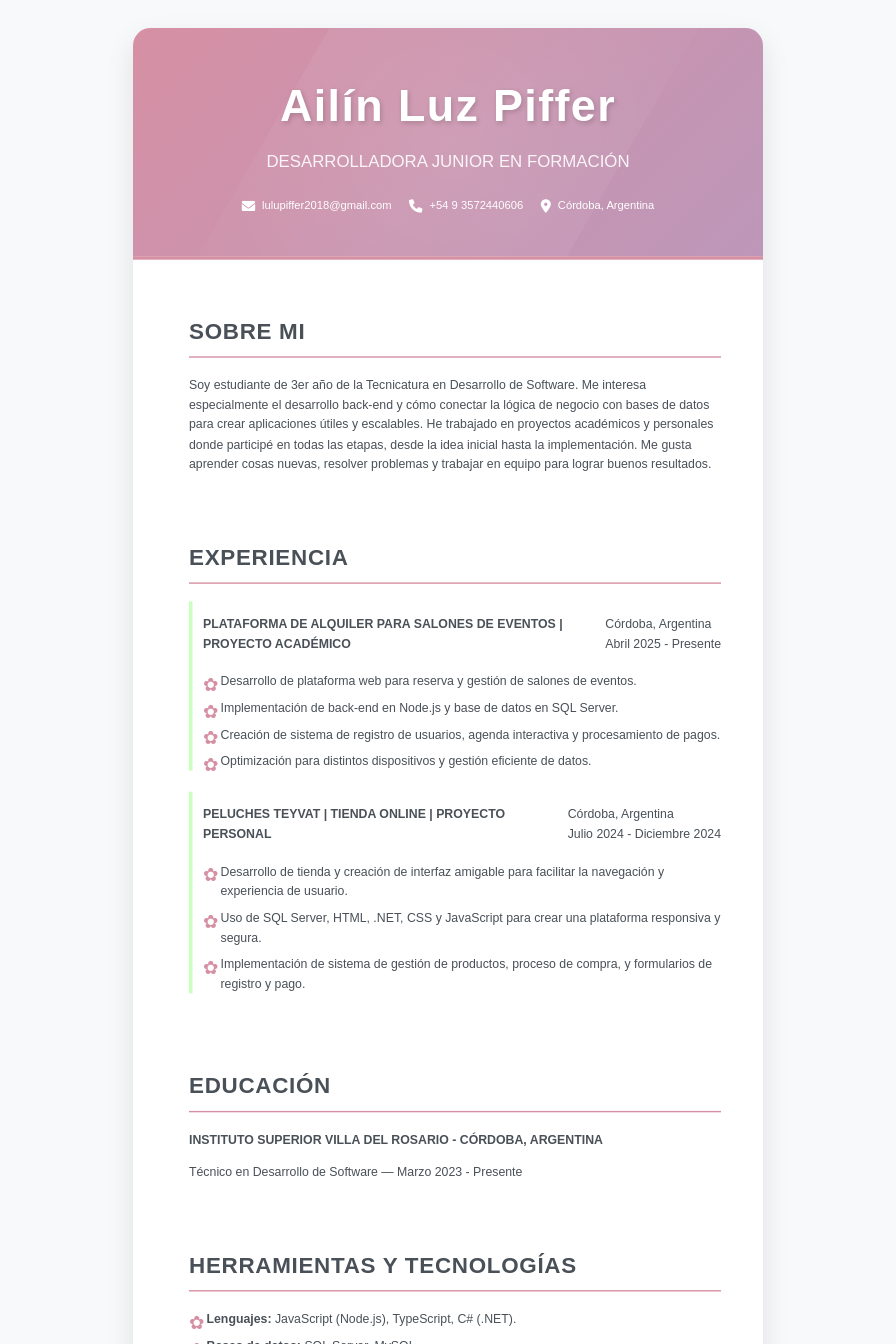
Repository: luzpiffer/curriculum-piffer
Page: index.html
These files come from the project's save history. The page is drawn as it stood at one moment and after the next save; the edit follows.
The browser window is 1280 px wide. The pictures show the part of the page from y = 0 to 1920 px (the page is 2709 px tall), at 70% of full size.

Above is the page before, as saved 2025-09-01 19:17:37.

### index.html
<!DOCTYPE html>
<html lang="es">
<head>
    <meta charset="UTF-8">
    <meta name="viewport" content="width=device-width, initial-scale=1.0">
    <title>CV - Ailín Luz Piffer</title>
    <link rel="stylesheet" href="style.css">
    <link rel="stylesheet" href="https://cdnjs.cloudflare.com/ajax/libs/font-awesome/6.0.0-beta3/css/all.min.css">
    <link rel="preconnect" href="https://fonts.googleapis.com">
    <link rel="preconnect" href="https://fonts.gstatic.com" crossorigin>
    <link href="https://fonts.googleapis.com/css2?family=Playfair+Display:wght@700&family=Poppins:wght@300;400;600&display=swap" rel="stylesheet">
</head>
<body>
    <div class="cv-container">
        <header class="header">
            <div class="header-content-wrapper"> <div class="name-title">
                    <h1>Ailín Luz Piffer</h1>
                    <p>DESARROLLADORA JUNIOR EN FORMACIÓN</p>
                </div>
                <div class="contact-info">
                    <p><i class="fas fa-envelope"></i> lulupiffer2018@gmail.com</p>
                    <p><i class="fas fa-phone"></i> +54 9 3572440606</p>
                    <p><i class="fas fa-map-marker-alt"></i> Córdoba, Argentina</p>
                </div>
            </div>
        </header>

        <main>
            <section class="section">
                <h2>SOBRE MI</h2>
                <p>Soy estudiante de 3er año de la Tecnicatura en Desarrollo de Software. Me interesa especialmente el desarrollo back-end y cómo conectar la lógica de negocio con bases de datos para crear aplicaciones útiles y escalables. He trabajado en proyectos académicos y personales donde participé en todas las etapas, desde la idea inicial hasta la implementación. Me gusta aprender cosas nuevas, resolver problemas y trabajar en equipo para lograr buenos resultados.</p>
            </section>

            <section class="section">
                <h2>EXPERIENCIA</h2>
                <div class="experience-item">
                    <div class="project-header">
                        <p class="project-title">PLATAFORMA DE ALQUILER PARA SALONES DE EVENTOS | PROYECTO ACADÉMICO</p>
                        <p class="project-location-date">Córdoba, Argentina<br>Abril 2025 - Presente</p>
                    </div>
                    <ul>
                        <li>Desarrollo de plataforma web para reserva y gestión de salones de eventos.</li>
                        <li>Implementación de back-end en Node.js y base de datos en SQL Server.</li>
                        <li>Creación de sistema de registro de usuarios, agenda interactiva y procesamiento de pagos.</li>
                        <li>Optimización para distintos dispositivos y gestión eficiente de datos.</li>
                    </ul>
                </div>
                <div class="experience-item">
                    <div class="project-header">
                        <p class="project-title">PELUCHES TEYVAT | TIENDA ONLINE | PROYECTO PERSONAL</p>
                        <p class="project-location-date">Córdoba, Argentina<br>Julio 2024 - Diciembre 2024</p>
                    </div>
                    <ul>
                        <li>Desarrollo de tienda y creación de interfaz amigable para facilitar la navegación y experiencia de usuario.</li>
                        <li>Uso de SQL Server, HTML, .NET, CSS y JavaScript para crear una plataforma responsiva y segura.</li>
                        <li>Implementación de sistema de gestión de productos, proceso de compra, y formularios de registro y pago.</li>
                    </ul>
                </div>
            </section>

            <section class="section">
                <h2>EDUCACIÓN</h2>
                <div class="education-item">
                    <p><strong>INSTITUTO SUPERIOR VILLA DEL ROSARIO - CÓRDOBA, ARGENTINA</strong></p>
                    <p>Técnico en Desarrollo de Software — Marzo 2023 - Presente</p>
                </div>
            </section>

            <section class="section">
                <h2>HERRAMIENTAS Y TECNOLOGÍAS</h2>
                <ul>
                    <li><strong>Lenguajes:</strong> JavaScript (Node.js), TypeScript, C# (.NET).</li>
                    <li><strong>Bases de datos:</strong> SQL Server, MySQL.</li>
                    <li><strong>Frameworks y Librerías:</strong> Bootstrap, jQuery.</li>
                    <li><strong>Control de Versiones:</strong> Git, GitHub.</li>
                </ul>
            </section>

            <section class="section">
                <h2>HABILIDADES BLANDAS</h2>
                <ul>
                    <li>Creatividad.</li>
                    <li>Resiliencia.</li>
                    <li>Trabajo en equipo.</li>
                    <li>Adaptabilidad.</li>
                    <li>Comunicación.</li>
                </ul>
            </section>

            <section class="section">
                <h2>IDIOMAS</h2>
                <ul>
                    <li><strong>Inglés:</strong> Conversacional.</li>
                    <li><strong>Español:</strong> Nativo.</li>
                </ul>
            </section>
        </main>
    </div>
</body>
</html>

### style.css
:root {
  --primary-color-cute: #d690a4; /* Rosado pastel */
  --secondary-color-cute: #bd97b9;
  --tertiary-color-cute: #caffbf; /* Verde menta pastel */
  --background-color: #f8f9fa; /* Fondo muy claro */
  --text-color: #495057; /* Gris oscuro para el texto */
  --font-heading: 'Nunito', sans-serif;
  --font-body: 'Quicksand', sans-serif;
}

body {
  font-family: var(--font-body);
  background-color: var(--background-color);
  color: var(--text-color);
  line-height: 1.6;
  padding: 40px 20px;
  margin: 0;
  display: flex;
  justify-content: center;
}

.cv-container {
  max-width: 900px;
  width: 100%;
  background-color: #fff;
  border-radius: 25px; /* Bordes más redondeados */
  box-shadow: 0 15px 40px rgba(0, 0, 0, 0.1);
  overflow: hidden;
  transition: all 0.4s ease-in-out;
  transform: scale(1);
}

.cv-container:hover {
  transform: translateY(-5px) scale(1.01);
  box-shadow: 0 20px 50px rgba(0, 0, 0, 0.15);
}

.header-content-wrapper {
  background: linear-gradient(135deg, var(--primary-color-cute) 0%, var(--secondary-color-cute) 100%);
  padding: 60px;
  position: relative;
  overflow: hidden;
  border-bottom: 5px solid var(--primary-color-cute);
  text-align: center;
}

.header-content-wrapper::before {
  content: '';
  position: absolute;
  top: -20%;
  left: -20%;
  width: 140%;
  height: 140%;
  background: radial-gradient(circle, #fff 0%, transparent 70%);
  opacity: 0.1;
  animation: rotateGlow 15s linear infinite;
}

.name-title h1 {
  font-family: var(--font-heading);
  font-size: 4em;
  font-weight: 800;
  color: #fff;
  text-shadow: 2px 2px 8px rgba(0, 0, 0, 0.2);
  margin: 0 0 10px 0;
  letter-spacing: 2px;
}

.name-title p {
  font-size: 1.5em;
  color: #fff;
  font-weight: 400;
  margin: 0;
  opacity: 0.9;
}

.contact-info {
  margin-top: 30px;
  font-size: 1em;
  color: #fff;
  display: flex;
  flex-wrap: wrap;
  justify-content: center;
  gap: 25px;
}

.contact-info p {
  margin: 0;
  display: flex;
  align-items: center;
  transition: transform 0.2s ease-in-out;
}

.contact-info p:hover {
  transform: translateY(-3px);
  text-shadow: 1px 1px 5px rgba(0, 0, 0, 0.1);
}

.contact-info i {
  color: #fff;
  margin-right: 10px;
  font-size: 1.2em;
}

main {
  padding: 50px 60px;
  display: grid;
  gap: 50px;
}

.section {
  position: relative;
  padding-left: 20px;
}

.section h2 {
  font-family: var(--font-heading);
  font-size: 2em;
  font-weight: 700;
  color: var(--text-color);
  border-bottom: 2px solid var(--primary-color-cute);
  padding-bottom: 10px;
  margin-bottom: 25px;
  letter-spacing: 1px;
}

.section p, .section li {
  font-size: 1.1em;
  color: var(--text-color);
}

.experience-item, .project-item {
  margin-bottom: 30px;
  transition: all 0.3s ease;
  border-left: 5px solid var(--tertiary-color-cute);
  padding-left: 15px;
}

.experience-item:hover, .project-item:hover {
  transform: translateX(5px);
  background-color: var(--background-color);
}

.project-header, .experience-header {
  display: flex;
  justify-content: space-between;
  align-items: baseline;
  margin-bottom: 8px;
}

.project-title, .experience-title {
  font-weight: 700;
  margin: 0;
  font-size: 1.2em;
  color: var(--text-color);
}

.project-location-date, .experience-date {
  font-size: 0.9em;
  color: #777;
  white-space: nowrap;
}

ul {
  list-style: none;
  padding-left: 0;
  margin: 0;
}

li {
  margin-bottom: 10px;
  position: relative;
  padding-left: 25px;
}

li::before {
  content: '✿'; /* Un ícono de flor para un toque "cute" */
  position: absolute;
  left: 0;
  color: var(--primary-color-cute);
  font-size: 1.5em;
  top: -2px;
}

@keyframes rotateGlow {
  from {
    transform: rotate(0deg);
  }
  to {
    transform: rotate(360deg);
  }
}

@media (max-width: 768px) {
  .cv-container {
    border-radius: 0;
    box-shadow: none;
  }
  .header-content-wrapper {
    padding: 30px;
  }
  .name-title h1 {
    font-size: 2.5em;
  }
  main {
    padding: 30px;
    gap: 30px;
  }
  .project-header, .experience-header {
    flex-direction: column;
    align-items: flex-start;
  }
  .project-location-date, .experience-date {
    margin-top: 5px;
  }
}

After the next save:
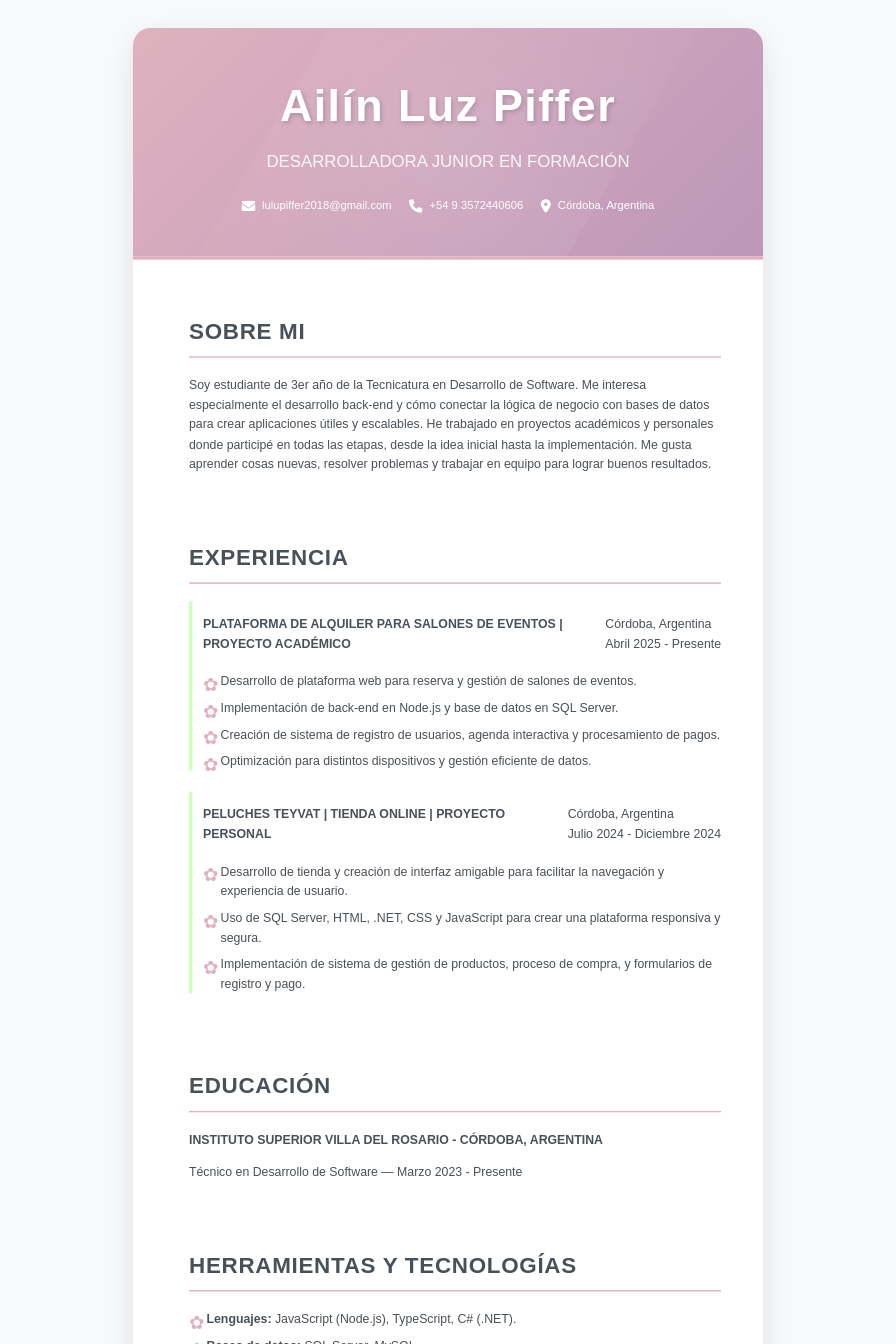
Saved 27 s later.
--- a/style.css
+++ b/style.css
@@ -1,5 +1,5 @@
 :root {
-  --primary-color-cute: #d690a4; /* Rosado pastel */
+  --primary-color-cute: #e0b2bf; /* Rosado pastel */
   --secondary-color-cute: #bd97b9;
   --tertiary-color-cute: #caffbf; /* Verde menta pastel */
   --background-color: #f8f9fa; /* Fondo muy claro */
